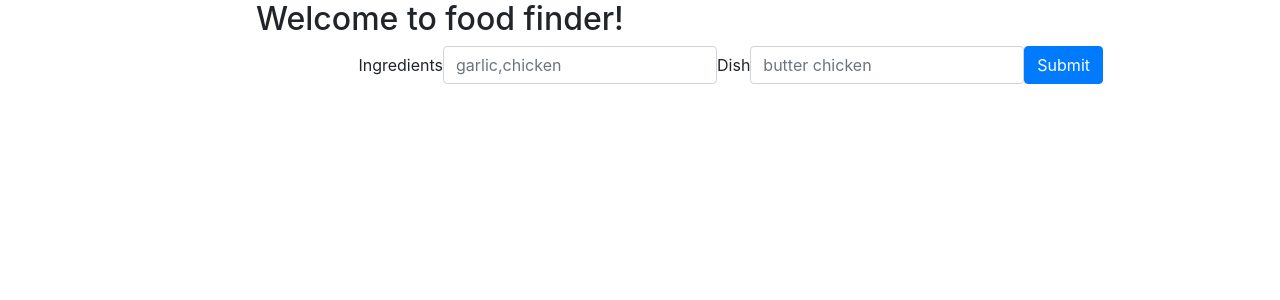
Repository: ratanparmar/receipesearch
Page: /
The author's editor kept a copy of each file at every save. The page is drawn from the files as they stood at one save, then again after the next save.
The browser window is 1280 px wide. The pictures show the whole page.
The project was rebuilt for these pictures with package versions that can differ from the ones it lists, and the page was loaded fresh each time.

Above is the page before, as saved 2019-12-10 16:25:00.

### public/index.html
<!DOCTYPE html>
<html lang="en">
  <head>
    <meta charset="utf-8" />
    <link rel="icon" href="%PUBLIC_URL%/favicon.ico" />
    <meta name="viewport" content="width=device-width, initial-scale=1" />
    <meta name="theme-color" content="#000000" />
    <meta
      name="description"
      content="Web site created using create-react-app"
    />
    <link rel="apple-touch-icon" href="%PUBLIC_URL%/logo192.png" />
    <!--
      manifest.json provides metadata used when your web app is installed on a
      user's mobile device or desktop. See https://developers.google.com/web/fundamentals/web-app-manifest/
    -->
    <link rel="manifest" href="%PUBLIC_URL%/manifest.json" />
    <!--
      Notice the use of %PUBLIC_URL% in the tags above.
      It will be replaced with the URL of the `public` folder during the build.
      Only files inside the `public` folder can be referenced from the HTML.

      Unlike "/favicon.ico" or "favicon.ico", "%PUBLIC_URL%/favicon.ico" will
      work correctly both with client-side routing and a non-root public URL.
      Learn how to configure a non-root public URL by running `npm run build`.
    -->
    <link rel="stylesheet" href="https://stackpath.bootstrapcdn.com/bootstrap/4.3.1/css/bootstrap.min.css" integrity="sha384-ggOyR0iXCbMQv3Xipma34MD+dH/1fQ784/j6cY/iJTQUOhcWr7x9JvoRxT2MZw1T" crossorigin="anonymous">

    <title>React App</title>
  </head>
  <body>
    <noscript>You need to enable JavaScript to run this app.</noscript>
    <div id="root"></div>
    <!--
      This HTML file is a template.
      If you open it directly in the browser, you will see an empty page.

      You can add webfonts, meta tags, or analytics to this file.
      The build step will place the bundled scripts into the <body> tag.

      To begin the development, run `npm start` or `yarn start`.
      To create a production bundle, use `npm run build` or `yarn build`.
    -->
  </body>
</html>

### src/index.js
import React from 'react'
import ReactDOM from 'react-dom'
import App from './components/App'
ReactDOM.render( <App/>,document.getElementById('root'))

### src/components/App.js
import React , { Component } from 'react'

import Searchbar from './Searchbar'
import '../style/index.css'

class App extends Component{
    render(){
        return(
            <div>
                <h2> Welcome to food finder!
                </h2>
                <div className="App">
                    <Searchbar/>
                </div>
            </div>
        )
    }
}

export default App;

### src/components/Searchbar.js
import React,{ Component } from 'react'
import {Form, FormControl,FormGroup,FormLabel,Button} from 'react-bootstrap'

class Searchbar extends Component{
    render(){
        // Use FormLable in place off ControlLabel
        return(
            <Form inline>
                <FormGroup>
                    <FormLabel>Ingredients</FormLabel>
                    {''}
                        <FormControl type="text" placeholder='garlic,chicken'/>
                </FormGroup>
                {''}
                <FormGroup>
                    <FormLabel>Dish</FormLabel>
                    {''}
                    <FormControl type="text" placeholder='butter chicken'/>
                </FormGroup>
                {''}
                <Button>Submit</Button>
            </Form>
        )
    }
}
export default Searchbar;

### src/style/index.css
body{
    padding-left: 20%;
}
.App{
    text-align: center;
    padding-left: 10%;
}

After the next save:
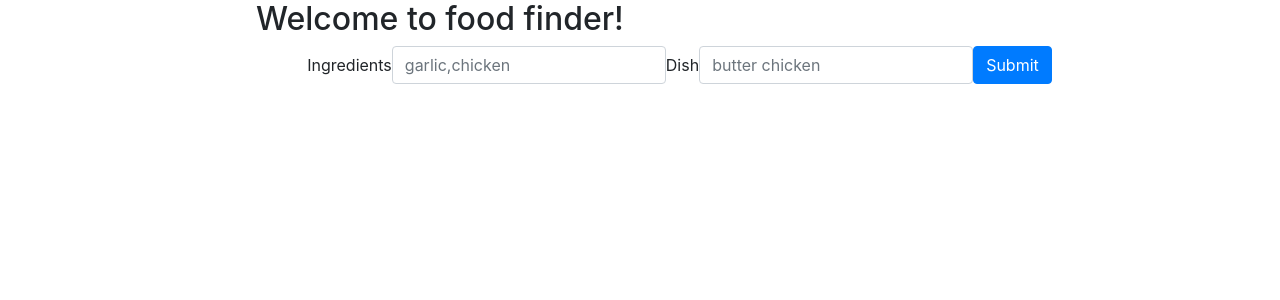
Saved 6 s later.
--- a/src/style/index.css
+++ b/src/style/index.css
@@ -3,5 +3,5 @@ body{
 }
 .App{
     text-align: center;
-    padding-left: 10%;
+    padding-left: 5%;
 }
